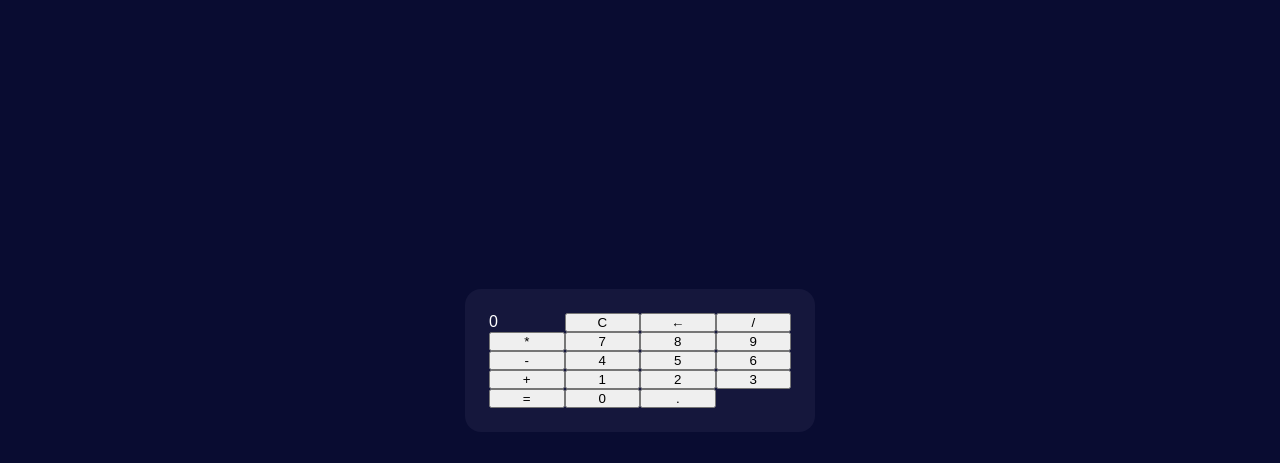
Repository: Herinyhert/Calculator
Page: index.html
The author's editor kept a copy of each file at every save. The page is drawn from the files as they stood at one save, then again after a run of saves.
The browser window is 1280 px wide. The pictures show the whole page.

Above is the page before, as saved 2023-05-21 20:42:56.

### index.html
<html lang="en">
<head>
    <meta charset="UTF-8">
    <meta http-equiv="X-UA-Compatible" content="IE=edge">
    <meta name="viewport" content="width=device-width, initial-scale=1.0">
    <title>Calculator</title>
    <link rel="stylesheet" href="./css/main.css">
</head>
<body>
    <div class="calculator">
        <div class="window">0</div>
        <button id="c" class="btn">C</button>
        <button id="delete"class="btn">←</button>
        <button class="btn">/</button>
        <button class="btn">*</button>
        <button class="btn">7</button>
        <button class="btn">8</button>
        <button class="btn">9</button>
        <button class="btn">-</button>
        <button class="btn">4</button>
        <button class="btn">5</button>
        <button class="btn">6</button>
        <button class="btn">+</button>
        <button class="btn">1</button>
        <button class="btn">2</button>
        <button class="btn">3</button>
        <button id="equal" class="btn">=</button>
        <button id="cero" class="btn">0</button>
        <button class="btn">.</button>
    </div>

    <script src="./JS/main.js"></script>
</body>
</html>

### css/main.css
*{
    margin: 0;
    padding: 0;
    box-sizing: border-box;
    font-family: sans-serif;
}

body{
    min-height: 100vh;
    background-color: #090c31;
    display: flex;
    justify-content: center;
    align-items: center;
}

.calculator{
    background-color: #15173c;
    color: white;
    width: 350px;
    max-width: 100%;
    padding: 1.5rem;
    border-radius: 1rem;
    display: grid;
    grid-template-columns: repeat(4, 1fr);
    gap: ;
}

Loaded but not shown: JS/main.js (no stored copy; drawn as an empty file)

After the next 2 saves:
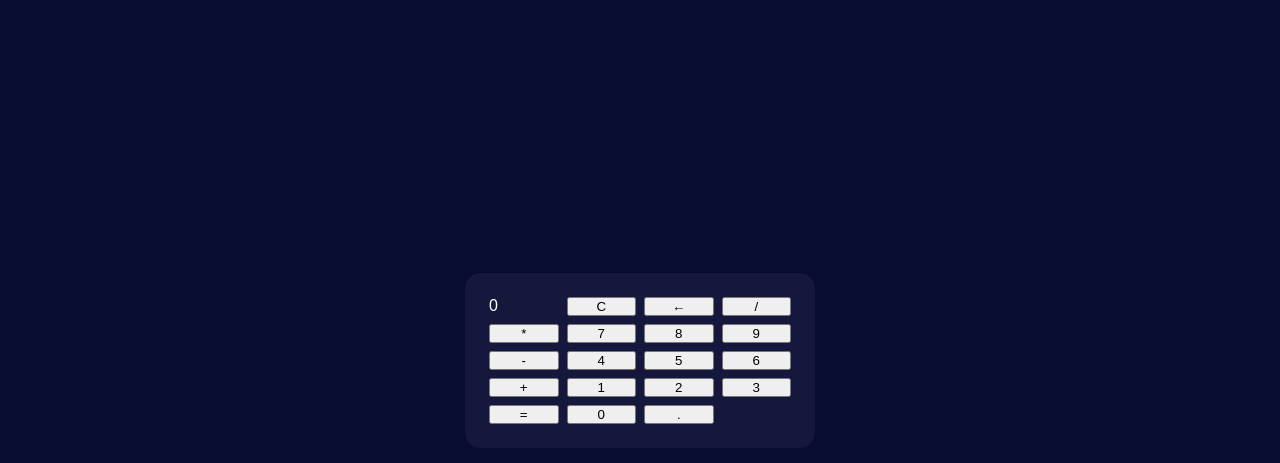
The 2 saves are shown as one change because they came seconds apart.
The last was saved 6 s later.
--- a/css/main.css
+++ b/css/main.css
@@ -22,5 +22,5 @@ body{
     border-radius: 1rem;
     display: grid;
     grid-template-columns: repeat(4, 1fr);
-    gap: ;
+    gap: .5rem;
 }
